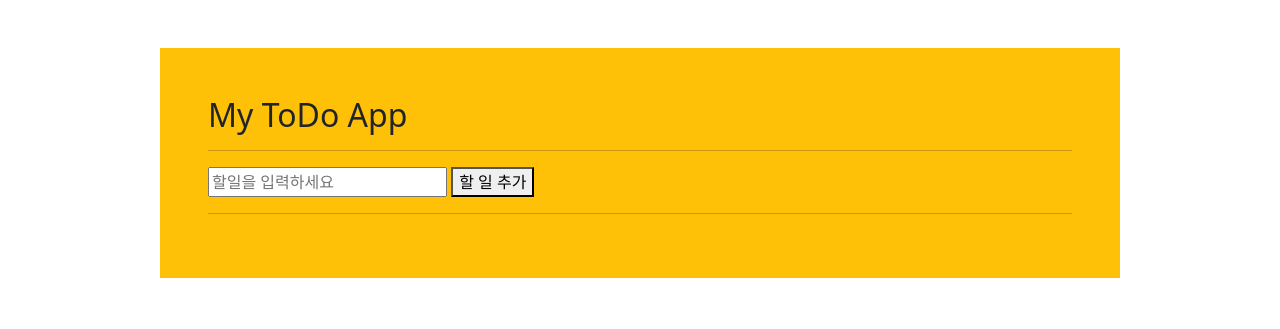
Repository: kiyongee2/kh-jsp
Page: http://localhost/jwbook/ch03/todolist.jsp
The author's editor kept a copy of each file at every save. The page is drawn from the files as they stood at one save, then again after the next save.
The browser window is 1280 px wide. The pictures show the whole page.
The page is served by Tomcat 9.

Above is the page before, as saved 2023-11-18 09:10:44.

After the next save:
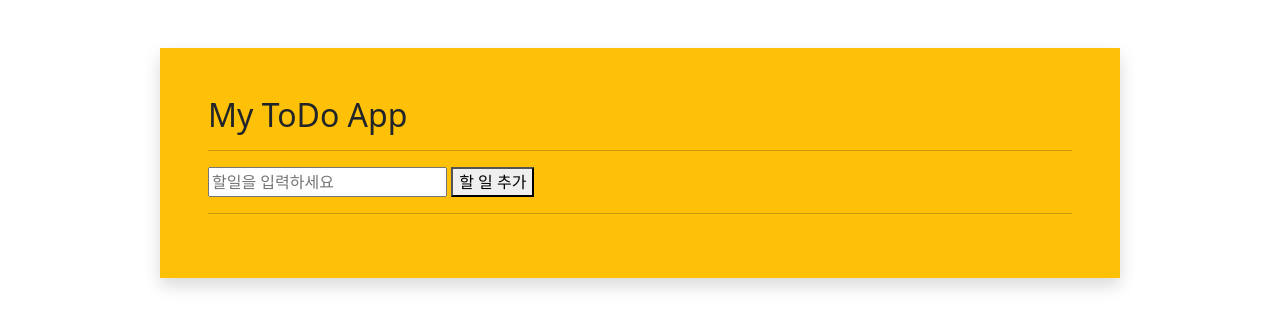
Saved 13 s later.
--- a/jwbook/src/main/webapp/ch03/todolist.jsp
+++ b/jwbook/src/main/webapp/ch03/todolist.jsp
@@ -8,7 +8,7 @@
 <link rel="stylesheet" href="../resources/css/bootstrap.css">
 </head>
 <body>
-	<div class="container bg-warning mx-auto mt-5 p-5 w-75">
+	<div class="container bg-warning shadow mx-auto mt-5 p-5 w-75">
 		<h2>My ToDo App</h2>
 		<hr>
 			<input id="item" type="text" placeholder="할일을 입력하세요">
